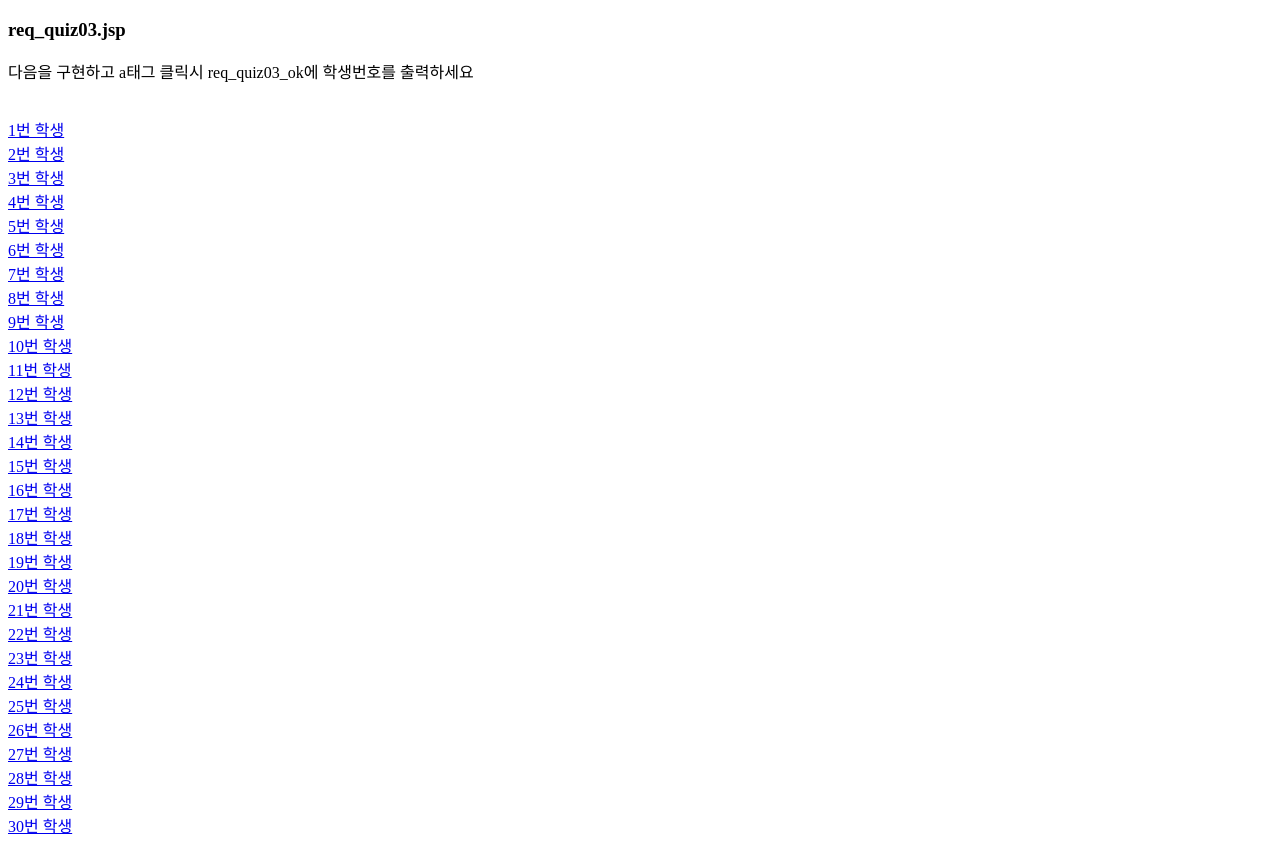
Repository: sun2898/JSP
Page: http://localhost/JSPBasic/request/req_quiz03.jsp
An editor plug-in stored every save of this project. The page is shown before and after the next save, followed by the edit.
The browser window is 1280 px wide. The pictures show the whole page.
The page is served by Tomcat 9. Nobody is signed in. The application's start-up code is not run. Other server files are loaded and not shown.

Above is the page before, as saved 2023-06-02 05:31:28.

### JSPBasic/src/main/webapp/request/req_quiz03.jsp
<%@ page language="java" contentType="text/html; charset=UTF-8"
    pageEncoding="UTF-8"%>
<%






%>



<!DOCTYPE html>
<html>
<head>
<meta charset="UTF-8">
<title>Insert title here</title>
</head>
<body>
	<h3>req_quiz03.jsp</h3>
	<p>다음을 구현하고 a태그 클릭시 req_quiz03_ok에 학생번호를 출력하세요<p>
	<br/>

	<%for(int i = 1; i <=30; i++) {%>
		<a href = "req_quiz03_ok.jsp?num=i" ><%=i%>번 학생</a><br>

	<%}%>










</body>
</html>

After the next save:
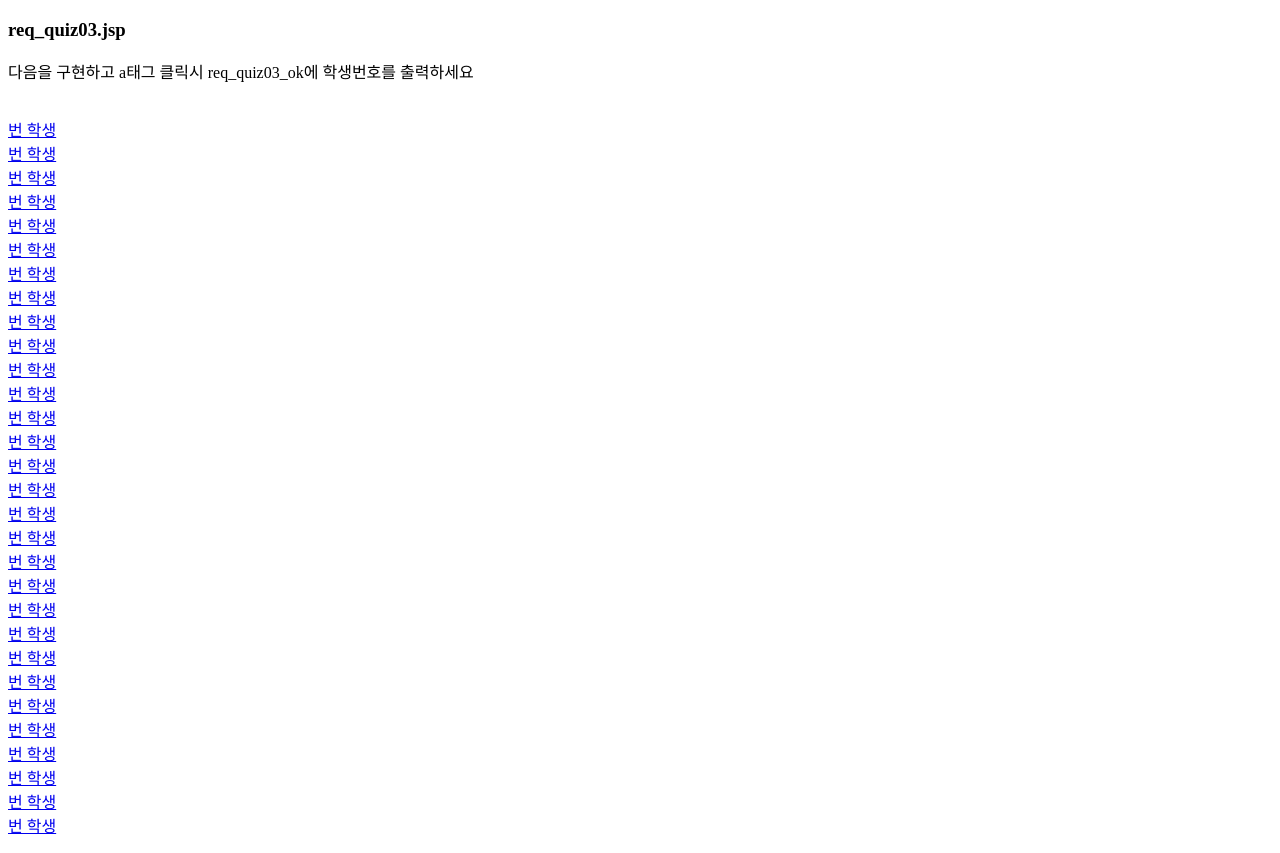
Saved 22 s later.
--- a/JSPBasic/src/main/webapp/request/req_quiz03.jsp
+++ b/JSPBasic/src/main/webapp/request/req_quiz03.jsp
@@ -23,7 +23,7 @@
 	<br/>
 
 	<%for(int i = 1; i <=30; i++) {%>
-		<a href = "req_quiz03_ok.jsp?num=i" ><%=i%>번 학생</a><br>
+		<a href = "req_quiz03_ok.jsp?num=<%=i%>" >번 학생</a><br>
 
 	<%}%>
 

After the save that followed:
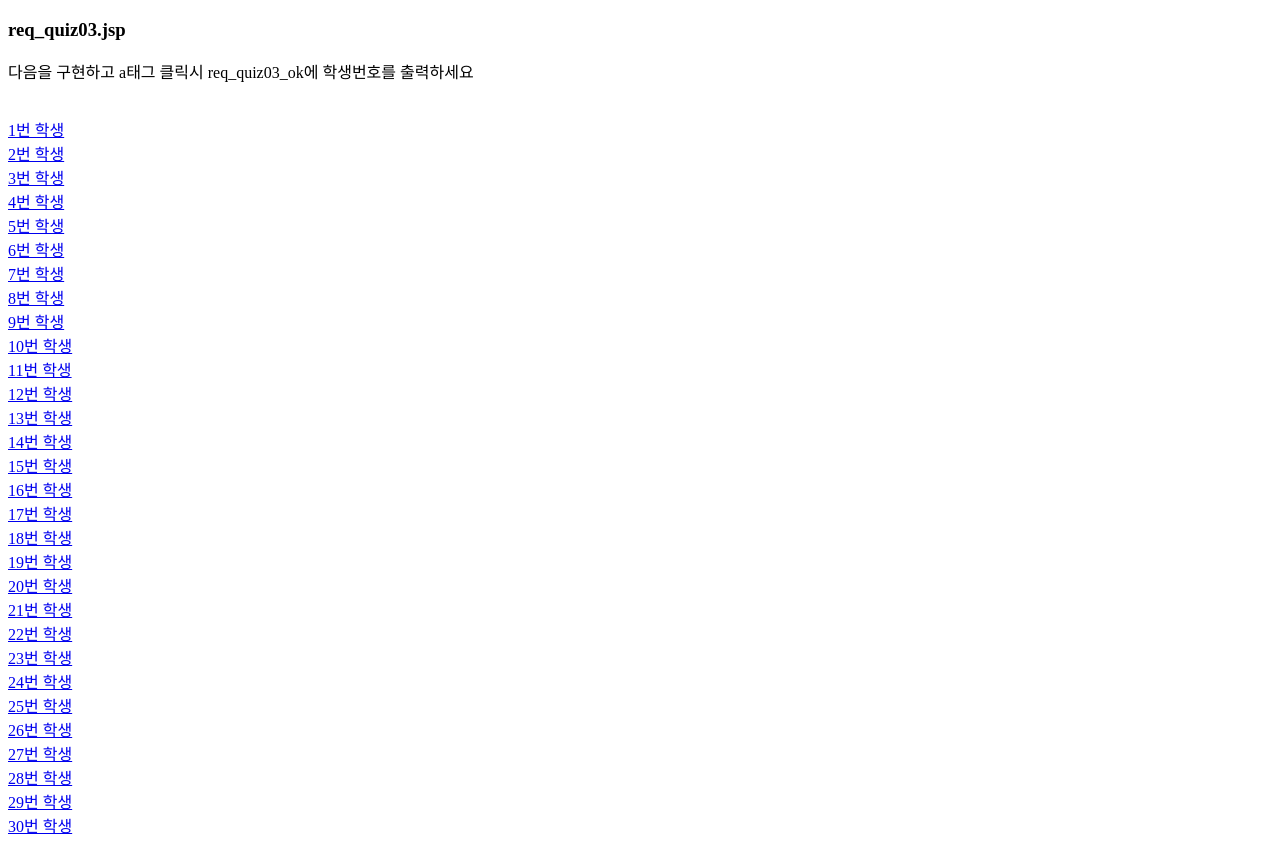
Saved 4 s later.
--- a/JSPBasic/src/main/webapp/request/req_quiz03.jsp
+++ b/JSPBasic/src/main/webapp/request/req_quiz03.jsp
@@ -23,7 +23,7 @@
 	<br/>
 
 	<%for(int i = 1; i <=30; i++) {%>
-		<a href = "req_quiz03_ok.jsp?num=<%=i%>" >번 학생</a><br>
+		<a href = "req_quiz03_ok.jsp?num=<%=i%>" ><%=i%>번 학생</a><br>
 
 	<%}%>
 
